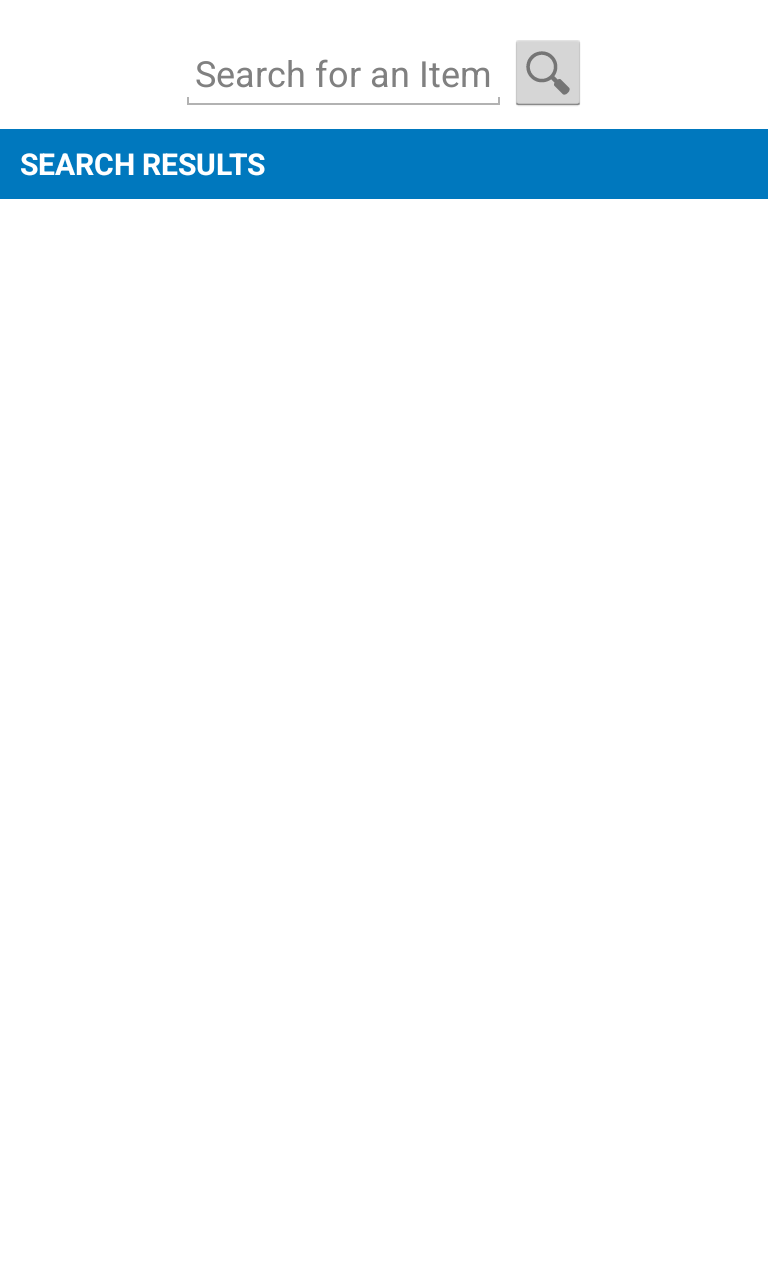
Repository: JieD/nutriy
Layout: NutriY/res/layout/fragment_add.xml
The author's editor kept a copy of each file at every save. The layout is drawn from the files as they stood at one save, then again after the next save.
It is drawn on a 768 x 1280 px phone screen (xhdpi) without system bars, with theme AppTheme; the app's code is not run.

Above is the layout before, as saved 2014-05-15 21:39:12.

### NutriY/res/layout/fragment_add.xml
<?xml version="1.0" encoding="utf-8"?>
<LinearLayout xmlns:android="http://schemas.android.com/apk/res/android"
    android:layout_width="match_parent"
    android:layout_height="match_parent"
    android:orientation="vertical" >

    <LinearLayout
        android:layout_width="wrap_content"
        android:layout_height="wrap_content"
        android:layout_marginTop="@dimen/activity_vertical_margin"
        android:layout_marginBottom="@dimen/small_vertical_margin"
        android:layout_gravity="center_horizontal">

        <EditText
            android:id="@+id/search_item"
            android:layout_width="wrap_content"
            android:layout_height="wrap_content"
            android:layout_weight="3"
            android:hint="@string/item_hint"
            android:inputType="textAutoCorrect"
            android:padding="@dimen/medium_padding" />

        <ImageButton
            android:layout_width="40dp"
            android:layout_height="match_parent"
            android:layout_gravity="center"
            android:layout_weight="1"
            android:src="@drawable/ic_action_search" />

    </LinearLayout>

    <TextView
        android:text="@string/search_results"
        android:textStyle="bold" android:textSize="@dimen/medium_text_size"
        android:textColor="@color/white" android:gravity="center_vertical"
        android:layout_width="match_parent" android:layout_height="@dimen/medium_large_entry_height"
        android:background="@color/my_blue"
        android:paddingLeft="@dimen/large_padding" />

</LinearLayout>

### NutriY/res/values/colors.xml
<?xml version="1.0" encoding="utf-8"?>
<resources>
    <color name="white">#FFFFFFFF</color>
    <color name="my_green">#FF00BE00</color>
    <color name="my_red">#FFFF0000</color>
    <color name="my_blue">#FF0078BE</color>

    <color name="light_blue">#FFE1EEFF</color>
    <color name="low_light_gray">#FFFAFAFA</color>
    <color name="mid_light_gray">#FFEEEEEE</color>
    <color name="text_gray">#FFAAAAAA</color>

    <color name="empty_pie_blue">#FF8FCEFF</color>
    <color name="pie_blue">#FF0078BE</color>
    <color name="pie_red">#FFFF4444</color>
    <color name="pie_green">#FF99CC00</color>

    <color name="list_background">#FFEEEEEE</color>
    <color name="list_background_pressed">#FF0078BE</color>
</resources>

### NutriY/res/values/dimens.xml
<resources>

    <!-- Default screen margins, per the Android Design guidelines. -->
    <dimen name="activity_horizontal_margin">16dp</dimen>
    <dimen name="activity_vertical_margin">16dp</dimen>
    <dimen name="small_horizontal_margin">8dp</dimen>
    <dimen name="small_vertical_margin">8dp</dimen>

    <dimen name="small_padding">5dp</dimen>
    <dimen name="medium_padding">8dp</dimen>
    <dimen name="large_padding">10dp</dimen>
    <dimen name="extra_large_padding">12dp</dimen>
    <dimen name="navigation_item_padding">20dp</dimen>

    <dimen name="extra_small_text_size">10sp</dimen>
    <dimen name="small_text_size">12sp</dimen>
    <dimen name="medium_text_size">15sp</dimen>
    <dimen name="medium_large_text_size">18sp</dimen>
    <dimen name="large_text_size">20sp</dimen>
    <dimen name="extra_large_text_size">40sp</dimen>

    <dimen name="large_entry_height">50dp</dimen>
    <dimen name="medium_large_entry_height">35dp</dimen>
    <dimen name="medium_entry_height">30dp</dimen>
    <dimen name="small_entry_height">25dp</dimen>
    <dimen name="table_entry_height">20dp</dimen>

</resources>

### NutriY/res/values/strings.xml
<?xml version="1.0" encoding="utf-8"?>
<resources>

    <string name="app_name">NutriY</string>
    <string name="action_settings">Settings</string>

    <string name="date">Today</string>
    <string name="calories_remaining_number">1200</string>
    <string name="calories_remaining">CALORIES REMAINING</string>
    <string name="add_to_diary">Add to Diary</string>
    <string name="goal_calorie_number">1200</string>
    <string name="food_calorie_number">+ 0</string>
    <string name="exercise_calorie_number">- 0</string>
    <string name="net_calorie_number">0</string>
    <string name="uc_goal">GOAL</string>
    <string name="uc_food">FOOD</string>
    <string name="uc_exercise">EXERCISE</string>
    <string name="uc_net">NET</string>
    <string name="goal">Goal</string>
    <string name="total">Total</string>
    <string name="left">Left</string>
    <string name="daily_summary">DAILY SUMMARY</string>
    <string name="total_fat">Total Fat (g)</string>
    <string name="saturated_fat">Saturated (g)</string>
    <string name="trans_fat">Trans (g)</string>
    <string name="cholesterol">Cholesterol (mg)</string>
    <string name="sodium">Sodium (mg)</string>
    <string name="potassium">Potassium (mg)</string>
    <string name="total_carbs">Total Carbs (g)</string>
    <string name="fiber">Dietary Fiber (g)</string>
    <string name="sugar">Sugars (g)</string>
    <string name="protein">Protein (g)</string>
    <string name="vit_A">Vitamin A</string>
    <string name="vit_C">Vitamin C</string>
    <string name="calcium">Calcium</string>
    <string name="iron">Iron</string>
    <string name="default_number">0</string>

    <string name="meals">MEALS</string>
    <string name="water_upcase">WATER</string>
    <string name="notes">NOTES</string>
    <string name="breakfast">Breakfast</string>
    <string name="lunch">Lunch</string>
    <string name="dinner">Dinner</string>
    <string name="snacks">Snacks</string>
    <string name="cardiovascular">Cardiovascular</string>
    <string name="strength">Strength</string>
    <string name="water">Water</string>
    <string name="food_notes">Food Notes</string>
    <string name="exercise_notes">Exercise Notes</string>

    <!-- Add Entry List Headers -->
    <string-array name="add_entry_list_header_array">
        <item>MEALS</item>
        <item>EXERCISE</item>
        <item>WATER</item>
        <item>NOTES</item>
    </string-array>

    <!-- Add Entry List Meal Items -->
    <string-array name="meal_child_array">
        <item>Breakfast</item>
	    <item>Lunch</item>
	    <item>Dinner</item>
	    <item>Snacks</item>
    </string-array>

    <!-- Add Entry List Exercise Items -->
    <string-array name="exercise_child_array">
        <item>Cardiovascular</item>
	    <item>Strength</item>
    </string-array>

    <!-- Add Entry List Water Items -->
    <string-array name="water_child_array">
        <item>Water</item>
    </string-array>

    <!-- Add Entry List Note Items -->
    <string-array name="note_child_array">
        <item>Food Notes</item>
	    <item>Exercise Notes</item>
    </string-array>

    <!-- Nav Drawer Menu Items -->
    <string-array name="navigations_array">
        <item>Home</item>
        <item>Diary</item>
        <item>Nutrition</item>
        <item>Progress</item>
        <item>Goals</item>
        <item>Settings</item>
    </string-array>

    <!-- Nav Drawer List Item Icons -->
    <!-- Keep them in order as the titles are -->
    <array name="nav_drawer_icons">
        <item>@drawable/ic_menu_home</item>
        <item>@drawable/ic_action_collection</item>
        <item>@drawable/ic_action_data_usage</item>
        <item>@drawable/ic_action_picture</item>
        <item>@drawable/ic_action_good</item>
        <item>@drawable/ic_action_settings</item>
    </array>

    <!-- Content Description -->
    <string name="desc_list_item_icon">Item Icon</string>

    <string name="drawer_open">Slider Menu Opened</string>
    <string name="drawer_close">Slider Menu Closed</string>

    <string name="calorie_breakdown">CALORIE BREAKDOWN</string>
    <string name="Carbohydrates">Carbohydrates</string>
    <string name="Fat">Fat</string>
    <string name="Protein">Protein</string>
    <string name="carbs_goal">50 %</string>
    <string name="fat_goal">30 %</string>
    <string name="protein_goal">20 %</string>

	<string name="item_hint">Search for an Item</string>
	<string name="search_results">SEARCH RESULTS</string>
</resources>

Loaded but not shown: NutriY/res/values/styles.xml (common file); NutriY/res/values-v11/styles.xml (common file); NutriY/res/values-v14/styles.xml (common file)

After the next save:
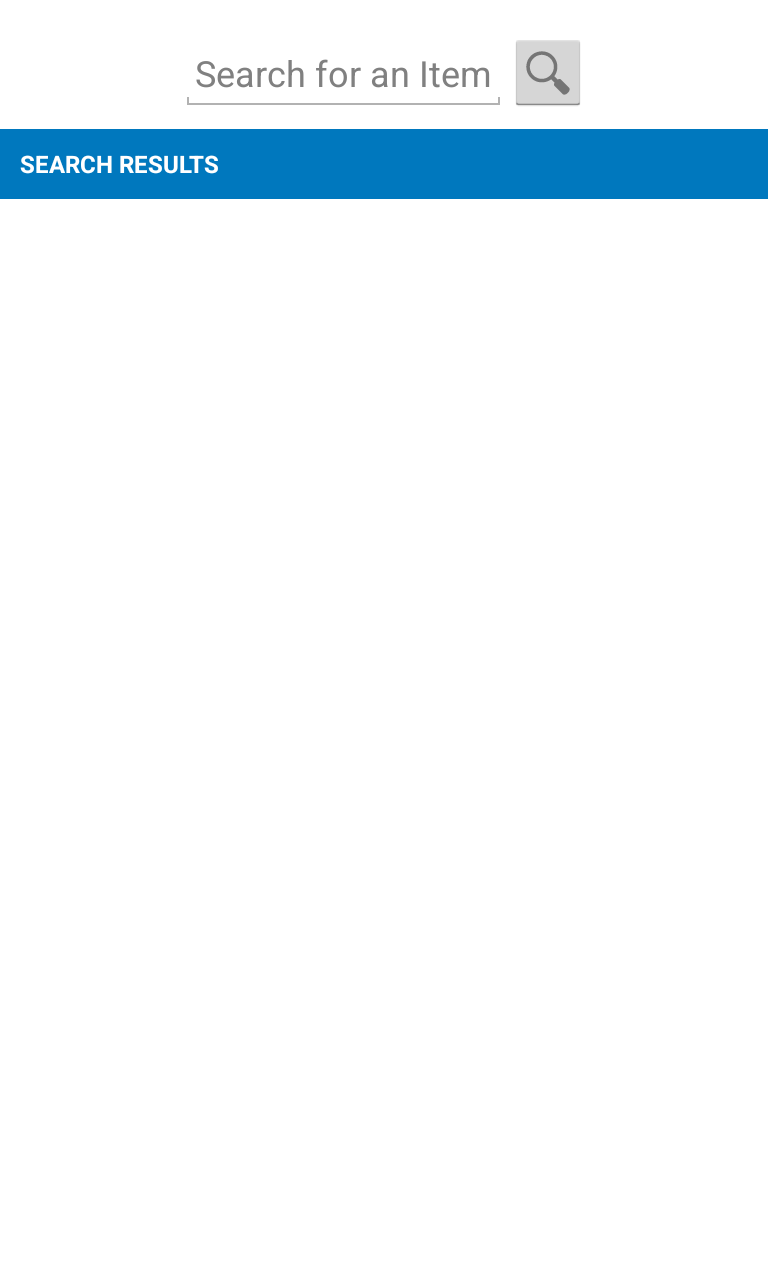
Saved 42 s later.
--- a/NutriY/res/layout/fragment_add.xml
+++ b/NutriY/res/layout/fragment_add.xml
@@ -31,7 +31,7 @@
 
     <TextView
         android:text="@string/search_results"
-        android:textStyle="bold" android:textSize="@dimen/medium_text_size"
+        android:textStyle="bold" android:textSize="@dimen/small_text_size"
         android:textColor="@color/white" android:gravity="center_vertical"
         android:layout_width="match_parent" android:layout_height="@dimen/medium_large_entry_height"
         android:background="@color/my_blue"
